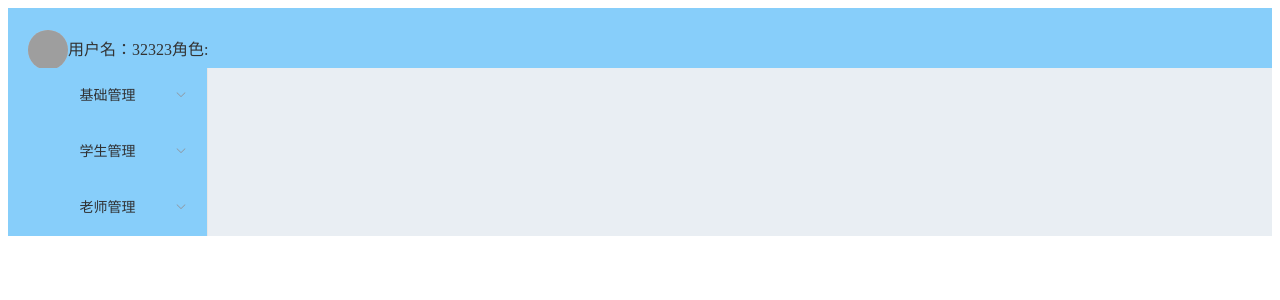
Repository: lwm9704/school-front
Page: /#/home
The author's editor kept a copy of each file at every save. The page is drawn from the files as they stood at one save, then again after the next save.
The browser window is 1280 px wide. The pictures show the whole page.
Pictures or frames that could not be fetched are drawn as grey boxes. The project was rebuilt for these pictures with package versions that can differ from the ones it lists, and the page was loaded fresh each time. Also part of the build but not shown: src/view/login.vue.

Above is the page before, as saved 2021-11-15 15:54:47.

After the next save:
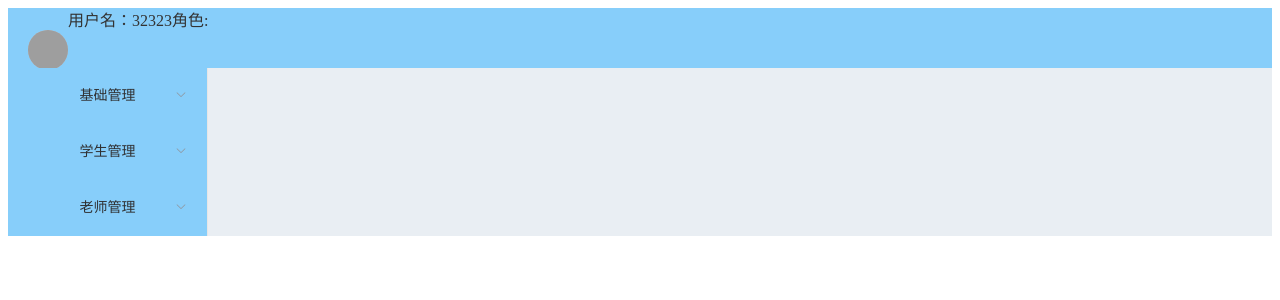
Saved 19 s later.
--- a/src/view/home.vue
+++ b/src/view/home.vue
@@ -56,7 +56,7 @@
   background-color: #87CEFA;
   color: #333;
   text-align: center;
-  line-height: 60px;
+  line-height: 10%;
 }
 
 .el-aside {

After the 2 saves that followed:
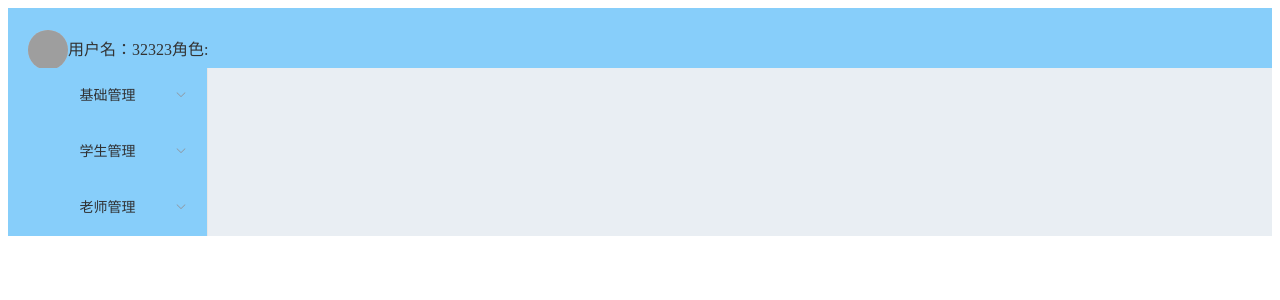
The 2 saves are shown as one change because 1 left the picture as it was.
The last was saved 85 s later.
--- a/src/view/home.vue
+++ b/src/view/home.vue
@@ -56,7 +56,7 @@
   background-color: #87CEFA;
   color: #333;
   text-align: center;
-  line-height: 10%;
+  line-height: 60px;
 }
 
 .el-aside {
